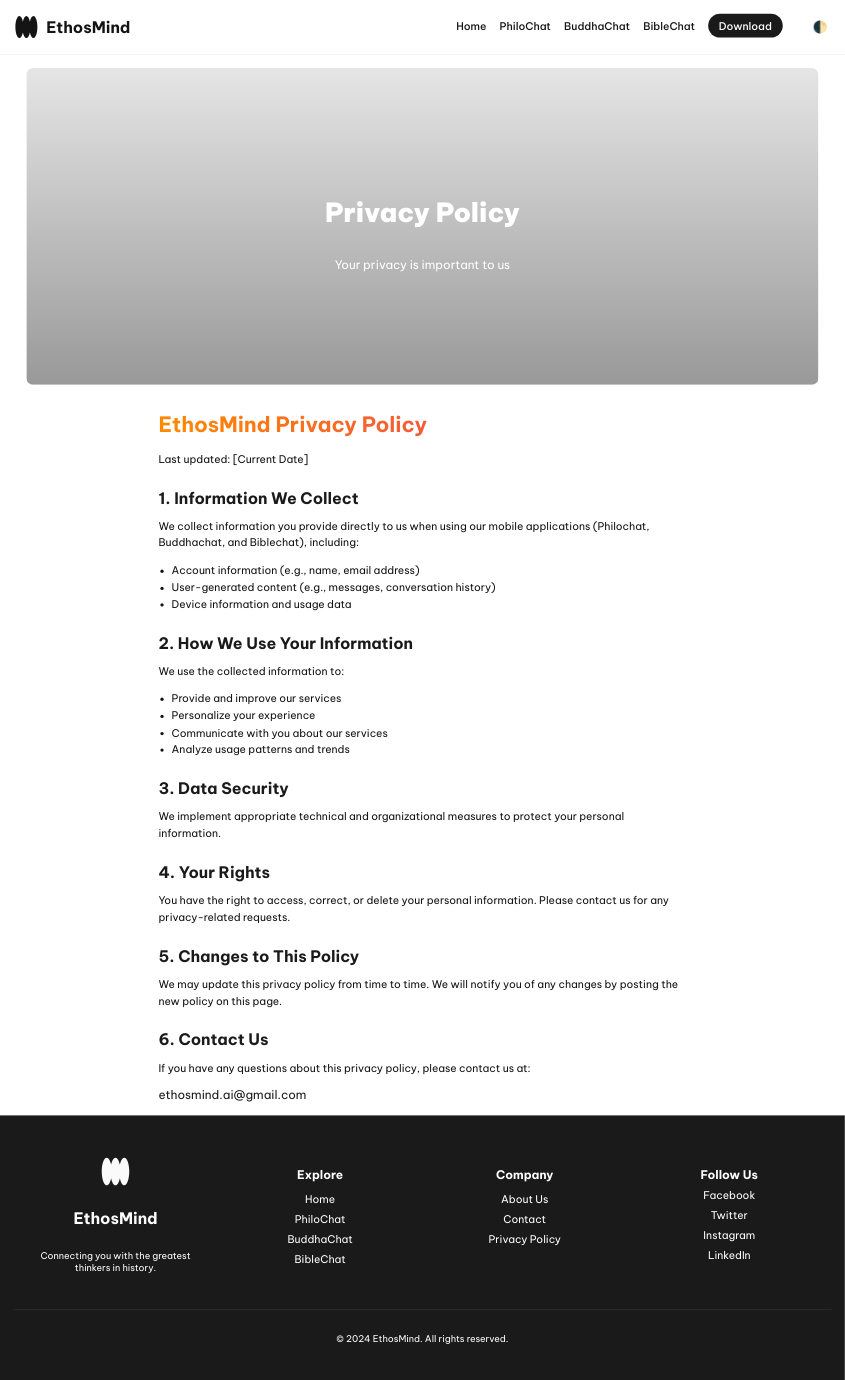
Repository: HSfac/EthosMindWeb
Page: /privacy
These files come from the project's save history. The page is drawn as it stood at one moment and after the next save; the edit follows.
The browser window is 1280 px wide. The pictures show the whole page, at 66% of full size.
The project was rebuilt for these pictures with package versions that can differ from the ones it lists, and the page was loaded fresh each time. Also part of the build but not shown: src/pages/Home.css, src/pages/Home.jsx, src/pages/SaintsChat.css, src/pages/SaintsChat.jsx, src/pages/BuddhaChat.css, src/pages/BuddhaChat.jsx, src/pages/BibleChat.css, src/pages/BibleChat.jsx and 6 more.

Above is the page before, as saved 2024-07-27 20:31:28.

### src/index.css
@import url('https://fonts.googleapis.com/css2?display=swap&family=Be+Vietnam+Pro:wght@400;500;700;900&family=Noto+Sans:wght@400;500;700;900');

body {
  font-family: "Be Vietnam Pro", "Noto Sans", sans-serif;
  margin: 0;
  padding: 0;
  box-sizing: border-box;
}

### src/App.jsx
import React from 'react';
import { BrowserRouter as Router, Route, Routes } from 'react-router-dom';
import Home from './pages/Home.jsx';
import SaintsChat from './pages/SaintsChat.jsx';
import BuddhaChat from './pages/BuddhaChat.jsx';
import BibleChat from './pages/BibleChat.jsx';
import Download from './pages/Download.jsx';
import About from './pages/AboutUs.jsx'; // About 페이지를 추가합니다.
import Contact from './pages/Contact.jsx'; // Contact 페이지를 추가합니다.
import Privacy from './pages/PrivacyPolicy'; // Privacy 페이지를 추가합니다.
import Header from './components/Header.jsx';
import Footer from './components/Footer.jsx';

function App() {
  return (
    <Router>
      <Header />
      <Routes>
        <Route path="/" element={<Home />} />
        <Route path="/saintschat" element={<SaintsChat />} />
        <Route path="/buddhachats" element={<BuddhaChat />} />
        <Route path="/biblechats" element={<BibleChat />} />
        <Route path="/download" element={<Download />} />
        <Route path="/about" element={<About />} /> {/* About 페이지를 추가합니다. */}
        <Route path="/contact" element={<Contact />} /> {/* Contact 페이지를 추가합니다. */}
        <Route path="/privacy" element={<Privacy />} /> {/* Privacy 페이지를 추가합니다. */}
      </Routes>
      <Footer />
    </Router>
  );
}

export default App;

### src/pages/PrivacyPolicy.jsx
import React from 'react';
import './PrivacyPolicy.css';

function Privacy() {
  return (
    <main className="privacy-main">
      <section className="privacy-hero">
        <h1 className="privacy-hero-title">Privacy Policy</h1>
        <p className="privacy-hero-description">Your privacy is important to us</p>
      </section>

      <section className="privacy-content">
        <h2 className="privacy-section-title">EthosMind Privacy Policy</h2>
        <p>Last updated: [Current Date]</p>

        <h3>1. Information We Collect</h3>
        <p>We collect information you provide directly to us when using our mobile applications (Philochat, Buddhachat, and Biblechat), including:</p>
        <ul>
          <li>Account information (e.g., name, email address)</li>
          <li>User-generated content (e.g., messages, conversation history)</li>
          <li>Device information and usage data</li>
        </ul>

        <h3>2. How We Use Your Information</h3>
        <p>We use the collected information to:</p>
        <ul>
          <li>Provide and improve our services</li>
          <li>Personalize your experience</li>
          <li>Communicate with you about our services</li>
          <li>Analyze usage patterns and trends</li>
        </ul>

        <h3>3. Data Security</h3>
        <p>We implement appropriate technical and organizational measures to protect your personal information.</p>

        <h3>4. Your Rights</h3>
        <p>You have the right to access, correct, or delete your personal information. Please contact us for any privacy-related requests.</p>

        <h3>5. Changes to This Policy</h3>
        <p>We may update this privacy policy from time to time. We will notify you of any changes by posting the new policy on this page.</p>

        <h3>6. Contact Us</h3>
        <p>If you have any questions about this privacy policy, please contact us at:</p>
        <a href="mailto:ethosmind.ai@gmail.com" className="privacy-email">ethosmind.ai@gmail.com</a>
      </section>
    </main>
  );
}

export default Privacy;

### src/components/Header.jsx
import React, { useEffect, useState } from 'react';
import { Link } from 'react-router-dom';
import './Header.css';
import logoBlack from '../assets/images/metamindlogoblack.svg'; // 로고 이미지 경로에 맞게 수정하세요.
import logoWhite from '../assets/images/metamindlogowhite.svg'; // 로고 이미지 경로에 맞게 수정하세요.

function Header() {
  const [isDarkMode, setIsDarkMode] = useState(false);

  useEffect(() => {
    const darkModeClass = 'dark-mode';
    const bodyClassList = document.body.classList;
    const isDark = bodyClassList.contains(darkModeClass);
    setIsDarkMode(isDark);
  }, []);

  const toggleDarkMode = () => {
    document.body.classList.toggle('dark-mode');
    setIsDarkMode(!isDarkMode);
  };

  return (
    <header className="header">
      <div className="header-logo-container">
        <Link to="/" className="header-logo-link">
          <img
            src={isDarkMode ? logoWhite : logoBlack}
            alt="MetaMind Logo"
            className="header-logo"
          />
          <h1 className="header-title">EthosMind</h1>
        </Link>
      </div>
      <nav className="nav">
        <ul className="nav-list">
          <li className="nav-item"><Link to="/">Home</Link></li>
          <li className="nav-item"><Link to="/saintschat">PhiloChat</Link></li>
          <li className="nav-item"><Link to="/buddhachats">BuddhaChat</Link></li>
          <li className="nav-item"><Link to="/biblechats">BibleChat</Link></li>
          <li className="nav-item header-download-button"><Link to="/download">Download</Link></li>
          <li className="nav-item"><button className="toggle-button" onClick={toggleDarkMode}>🌓</button></li>
        </ul>
      </nav>
    </header>
  );
}

export default Header;

### src/components/Footer.jsx
import React from 'react';
import { Link } from 'react-router-dom';
import './Footer.css';
import logoWhite from '../assets/images/metamindlogowhite.svg'; // 로고 이미지 경로

function Footer() {
  return (
    <footer className="footer">
      <div className="footer-content">
        <div className="footer-section footer-logo-section">
          <img src={logoWhite} alt="MetaMind Logo" className="footer-logo" />
          <h2 className="footer-title">EthosMind</h2>
          <p className="footer-description">Connecting you with the greatest thinkers in history.</p>
        </div>
        <div className="footer-section">
          <h3 className="footer-subtitle">Explore</h3>
          <ul className="footer-links">
            <li><Link to="/">Home</Link></li>
            <li><Link to="/saintschat">PhiloChat</Link></li>
            <li><Link to="/buddhachats">BuddhaChat</Link></li>
            <li><Link to="/biblechats">BibleChat</Link></li>
          </ul>
        </div>
        <div className="footer-section">
          <h3 className="footer-subtitle">Company</h3>
          <ul className="footer-links">
            <li><Link to="/about">About Us</Link></li>
            <li><Link to="/contact">Contact</Link></li>
            <li><Link to="/privacy">Privacy Policy</Link></li>
          </ul>
        </div>
        <div className="footer-section">
          <h3 className="footer-subtitle">Follow Us</h3>
          <div className="footer-social">
            <a href="https://facebook.com" target="_blank" rel="noopener noreferrer">Facebook</a>
            <a href="https://twitter.com" target="_blank" rel="noopener noreferrer">Twitter</a>
            <a href="https://instagram.com" target="_blank" rel="noopener noreferrer">Instagram</a>
            <a href="https://linkedin.com" target="_blank" rel="noopener noreferrer">LinkedIn</a>
          </div>
        </div>
      </div>
      <div className="footer-bottom">
        <p>&copy; 2024 EthosMind. All rights reserved.</p>
      </div>
    </footer>
  );
}

export default Footer;

### src/pages/PrivacyPolicy.css
:root {
  --background-color: #ffffff;
  --text-color: #333333;
  --heading-color: #1a1a1a;
  --link-color: #1a1a1a;
  --link-hover-color: underline;
}

@media (prefers-color-scheme: dark) {
  :root {
    --background-color: #121212;
    --text-color: #cccccc;
    --heading-color: #ffffff;
    --link-color: #ffffff;
    --link-hover-color: underline;
  }
}

.privacy-main {
  padding: 20px 40px;
  background-color: var(--background-color);
  color: var(--text-color);
}

.privacy-hero {
  background: linear-gradient(rgba(0, 0, 0, 0.1) 0%, rgba(0, 0, 0, 0.4) 100%), center/cover no-repeat;
  color: #ffffff;
  text-align: center;
  padding: 60px 20px;
  border-radius: 10px;
  margin-bottom: 40px;
  min-height: 50vh;
  display: flex;
  flex-direction: column;
  justify-content: center;
  align-items: center;
}

.privacy-hero-title {
  font-size: 40px;
  font-weight: 900;
}

.privacy-hero-description {
  font-size: 18px;
  margin: 10px 0;
}

.privacy-content {
  max-width: 800px;
  margin: 0 auto;
}

.privacy-section-title {
  font-size: 32px;
  font-weight: bold;
  margin-top: 40px;
  margin-bottom: 20px;
  background: linear-gradient(90deg, #ff8a00, #e52e71);
  -webkit-background-clip: text;
  -webkit-text-fill-color: transparent;
}

.privacy-content h3 {
  font-size: 24px;
  margin-top: 30px;
  margin-bottom: 15px;
  color: var(--heading-color);
}

.privacy-content p, .privacy-content ul {
  font-size: 16px;
  line-height: 1.6;
  color: var(--text-color);
  margin-bottom: 15px;
}

.privacy-content ul {
  padding-left: 20px;
}

.privacy-email {
  font-size: 18px;
  color: var(--link-color);
  text-decoration: none;
}

.privacy-email:hover {
  text-decoration: var(--link-hover-color);
}

### src/components/Header.css
.header {
  display: flex;
  justify-content: space-between;
  align-items: center;
  padding: 10px 20px;
  border-bottom: 1px solid #ededed;
}

.header-logo-container {
  display: flex;
  align-items: center;
}

.header-logo-link {
  display: flex;
  align-items: center;
  text-decoration: none;
  color: var(--text-color);
}

.header-logo {
  width: 40px;
  height: 40px;
  margin-right: 10px;
}

.header-title {
  font-size: 24px;
  font-weight: bold;
}

.nav {
  display: flex;
}

.nav-list {
  display: flex;
  list-style: none;
  margin: 0;
  padding: 0;
}

.nav-item {
  margin-left: 20px;
}

.nav-item a {
  text-decoration: none;
  color: var(--text-color);
  font-weight: 500;
}

.header-download-button a {
  padding: 8px 16px;
  border-radius: 20px;
  background-color: #1a1a1a;
  color: white;
}

.toggle-button {
  background: none;
  border: none;
  font-size: 18px;
  cursor: pointer;
  margin-left: 20px;
}

:root {
  --bg-color: white;
  --text-color: #141414;
}

.dark-mode {
  --bg-color: #141414;
  --text-color: white;
}

body {
  background-color: var(--bg-color);
  color: var(--text-color);
  transition: background-color 0.3s, color 0.3s;
}

### src/components/Footer.css
.footer {
  background-color: #1a1a1a;
  color: white;
  padding: 40px 20px;
  text-align: center;
}

.footer-content {
  display: flex;
  flex-wrap: wrap;
  justify-content: space-around;
  margin-bottom: 20px;
}

.footer-section {
  flex: 1;
  min-width: 200px;
  margin: 20px;
}

.footer-logo-section {
  display: flex;
  flex-direction: column;
  align-items: center;
}

.footer-logo {
  width: 50px; /* 로고 크기를 조정 */
  height: 50px;
  margin-bottom: 10px;
}

.footer-title {
  display: flex;
  align-items: center;
  font-size: 24px;
  font-weight: bold;
}

.footer-title img {
  width: 40px; /* 로고 크기 조정 */
  height: 40px;
  margin-right: 10px;
}

.footer-description {
  font-size: 14px;
}

.footer-subtitle {
  font-size: 18px;
  font-weight: bold;
  margin-bottom: 10px;
}

.footer-links {
  list-style: none;
  padding: 0;
}

.footer-links li {
  margin-bottom: 10px;
}

.footer-links a {
  text-decoration: none;
  color: white;
}

.footer-social a {
  display: block;
  margin-bottom: 10px;
  text-decoration: none;
  color: white;
}

.footer-bottom {
  border-top: 1px solid #333;
  padding-top: 20px;
  font-size: 14px;
}

Loaded but not shown: public/index.html (common file); src/index.js (common file)

After the next save:
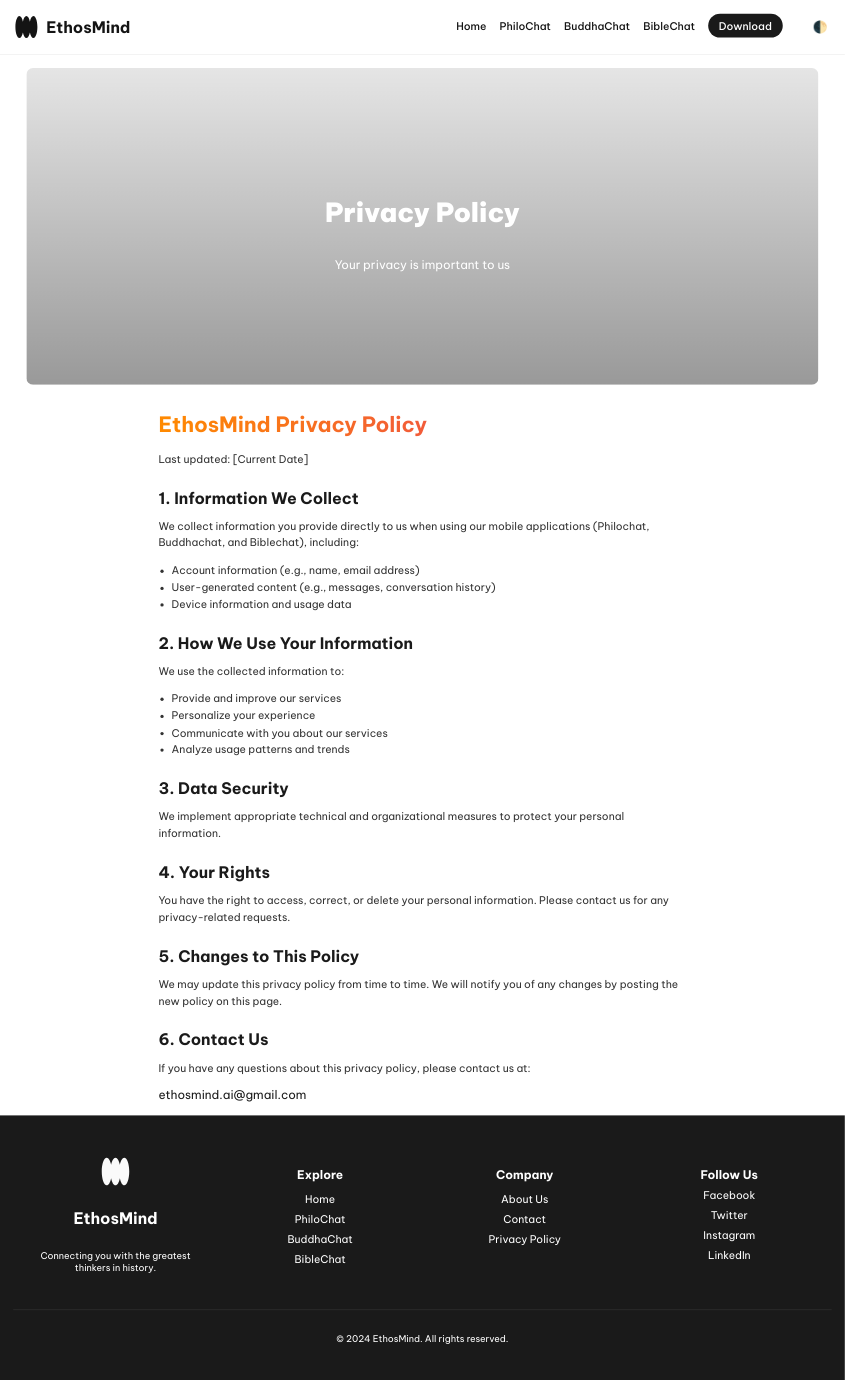
Saved 25 s later.
--- a/src/pages/PrivacyPolicy.css
+++ b/src/pages/PrivacyPolicy.css
@@ -1,25 +1,5 @@
-:root {
-  --background-color: #ffffff;
-  --text-color: #333333;
-  --heading-color: #1a1a1a;
-  --link-color: #1a1a1a;
-  --link-hover-color: underline;
-}
-
-@media (prefers-color-scheme: dark) {
-  :root {
-    --background-color: #121212;
-    --text-color: #cccccc;
-    --heading-color: #ffffff;
-    --link-color: #ffffff;
-    --link-hover-color: underline;
-  }
-}
-
 .privacy-main {
   padding: 20px 40px;
-  background-color: var(--background-color);
-  color: var(--text-color);
 }
 
 .privacy-hero {
@@ -65,13 +45,13 @@
   font-size: 24px;
   margin-top: 30px;
   margin-bottom: 15px;
-  color: var(--heading-color);
+  color: #1a1a1a;
 }
 
 .privacy-content p, .privacy-content ul {
   font-size: 16px;
   line-height: 1.6;
-  color: var(--text-color);
+  color: #333;
   margin-bottom: 15px;
 }
 
@@ -81,10 +61,10 @@
 
 .privacy-email {
   font-size: 18px;
-  color: var(--link-color);
+  color: #1a1a1a;
   text-decoration: none;
 }
 
 .privacy-email:hover {
-  text-decoration: var(--link-hover-color);
+  text-decoration: underline;
 }
